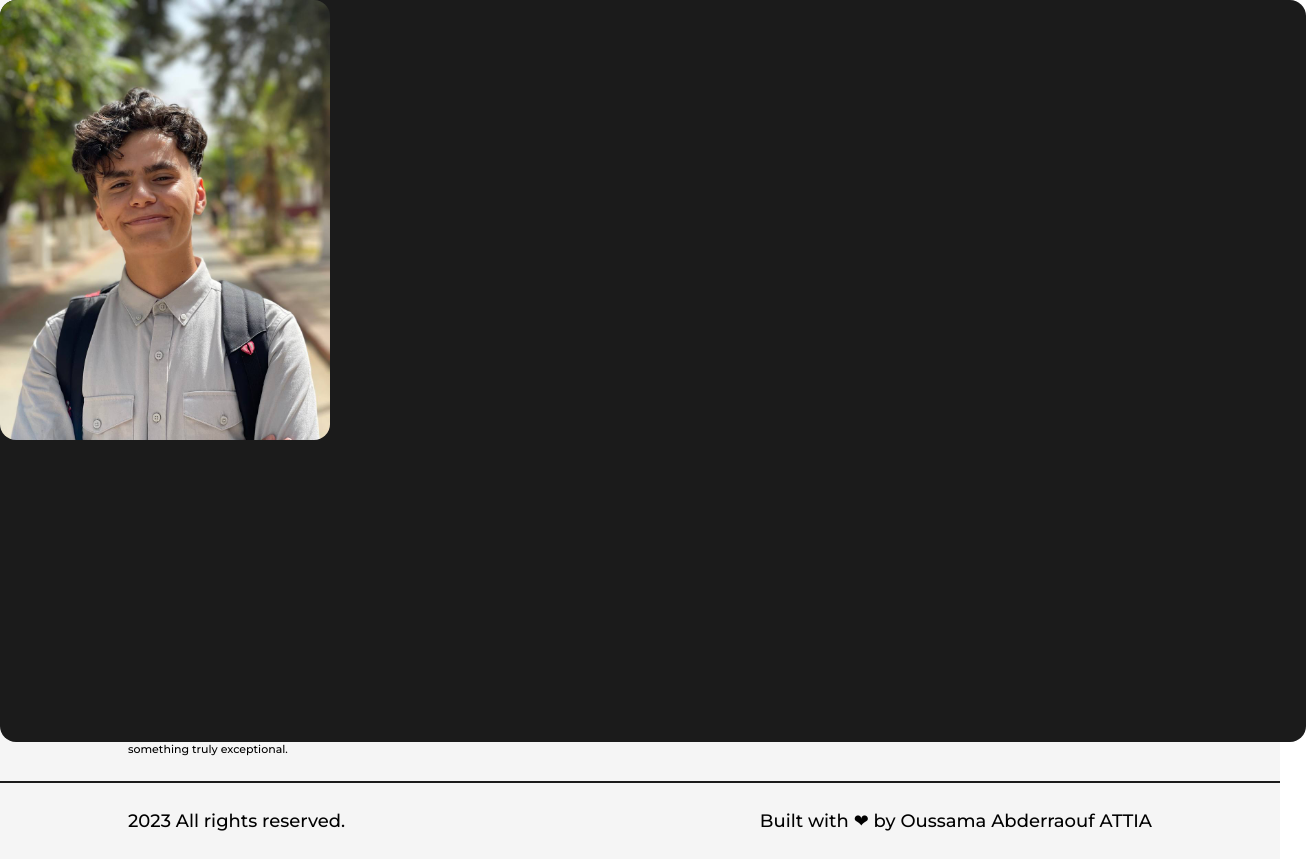
Repository: OussamaAbderraoufAttia/Next.js-Developer-Portfolio
Page: /About
These files come from the project's save history. The page is drawn as it stood at one moment and after the next save; the edit follows.
The browser window is 1280 px wide. The page is 1306 px wide, then 1280 px, so the pictures cover 1306 px, including what lies to the right of the window. The pictures show the whole page.
The project was rebuilt for these pictures with package versions that can differ from the ones it lists, and the page was loaded fresh each time. The framework's server and built-in components were replaced by stand-ins that run in the browser. Also part of the build but not shown: next.config.js, src/components/AnimatedText.js.

Above is the page before, as saved 2023-06-27 23:01:41.

After the next save:
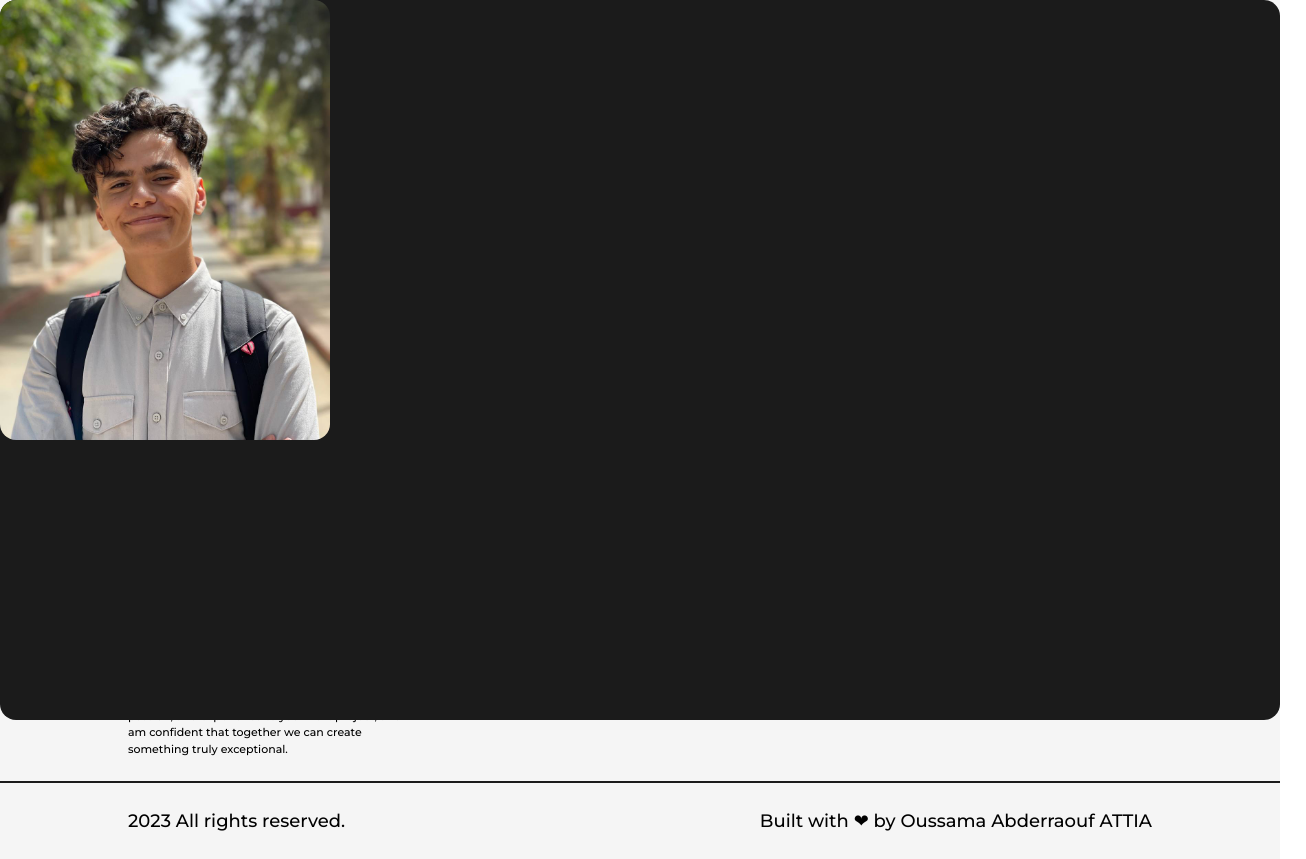
Saved 12 s later.
--- a/src/pages/About.js
+++ b/src/pages/About.js
@@ -46,7 +46,7 @@
                         </div>
 
                     </div>
-                    <div className='absolute top-0 -right-3-z-10 w-[102%] h-[103%] rounded-2xl bg-dark '>
+                    <div className='absolute top-0 -right-3-z-10 w-full h-full rounded-2xl bg-dark '>
                         <Image src={me} alt='Oussama Abderraouf ATTIA' width={330} height={330} className='rounded-2xl' />
                     </div>
                 </div>
